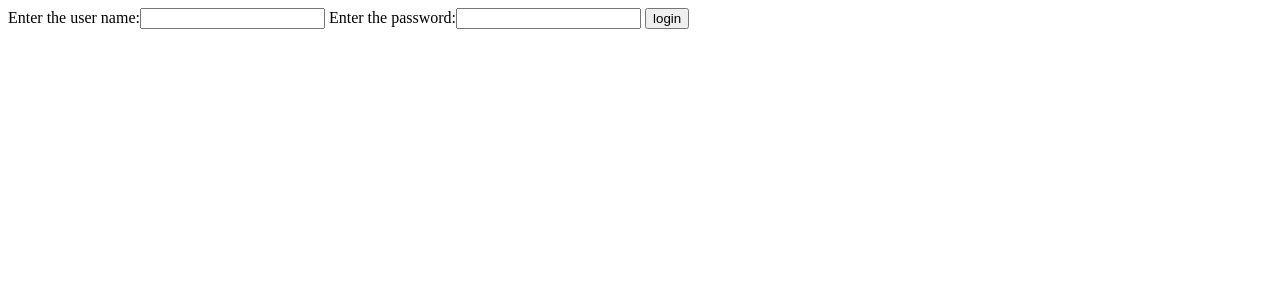
Repository: Tarun-raj1999/MyProjects
Page: Projects/AdvanceJavaProject1/src/main/webapp/index.html
The author's editor kept a copy of each file at every save. The page is drawn from the files as they stood at one save, then again after the next save.
The browser window is 1280 px wide. The pictures show the whole page.

Above is the page before, as saved 2024-07-11 07:28:33.

### Projects/AdvanceJavaProject1/src/main/webapp/index.html
<!DOCTYPE html>
<html>
<head>
<meta charset="UTF-8">
<title>Insert title here</title>
</head>
<body>
<form action="ServletOne" method="post">
Enter the user name:<input type="text" name="username"/>
Enter the password:<input type="password" name="password"/>
<button type="submit">login</button>
</form>
</body>
</html>

After the next save:
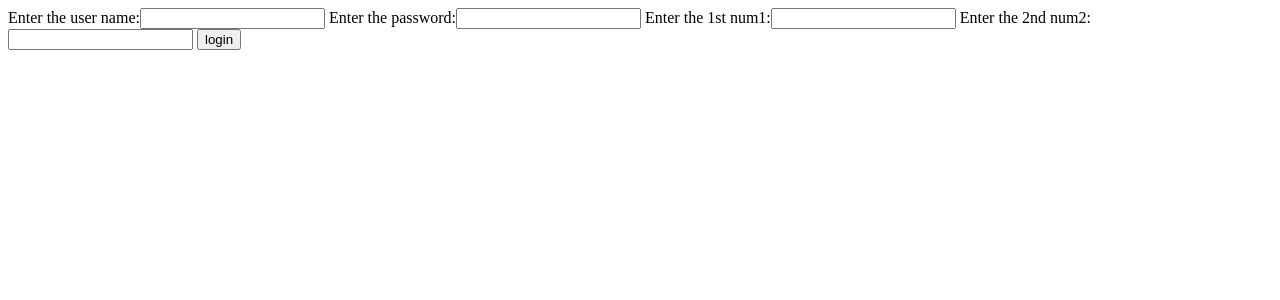
Saved 13 min 8 s later.
--- a/Projects/AdvanceJavaProject1/src/main/webapp/index.html
+++ b/Projects/AdvanceJavaProject1/src/main/webapp/index.html
@@ -8,6 +8,8 @@
 <form action="ServletOne" method="post">
 Enter the user name:<input type="text" name="username"/>
 Enter the password:<input type="password" name="password"/>
+Enter the 1st num1:<input type="text" name="num1"/>
+Enter the 2nd num2:<input type="text" name="num2"/>
 <button type="submit">login</button>
 </form>
 </body>
